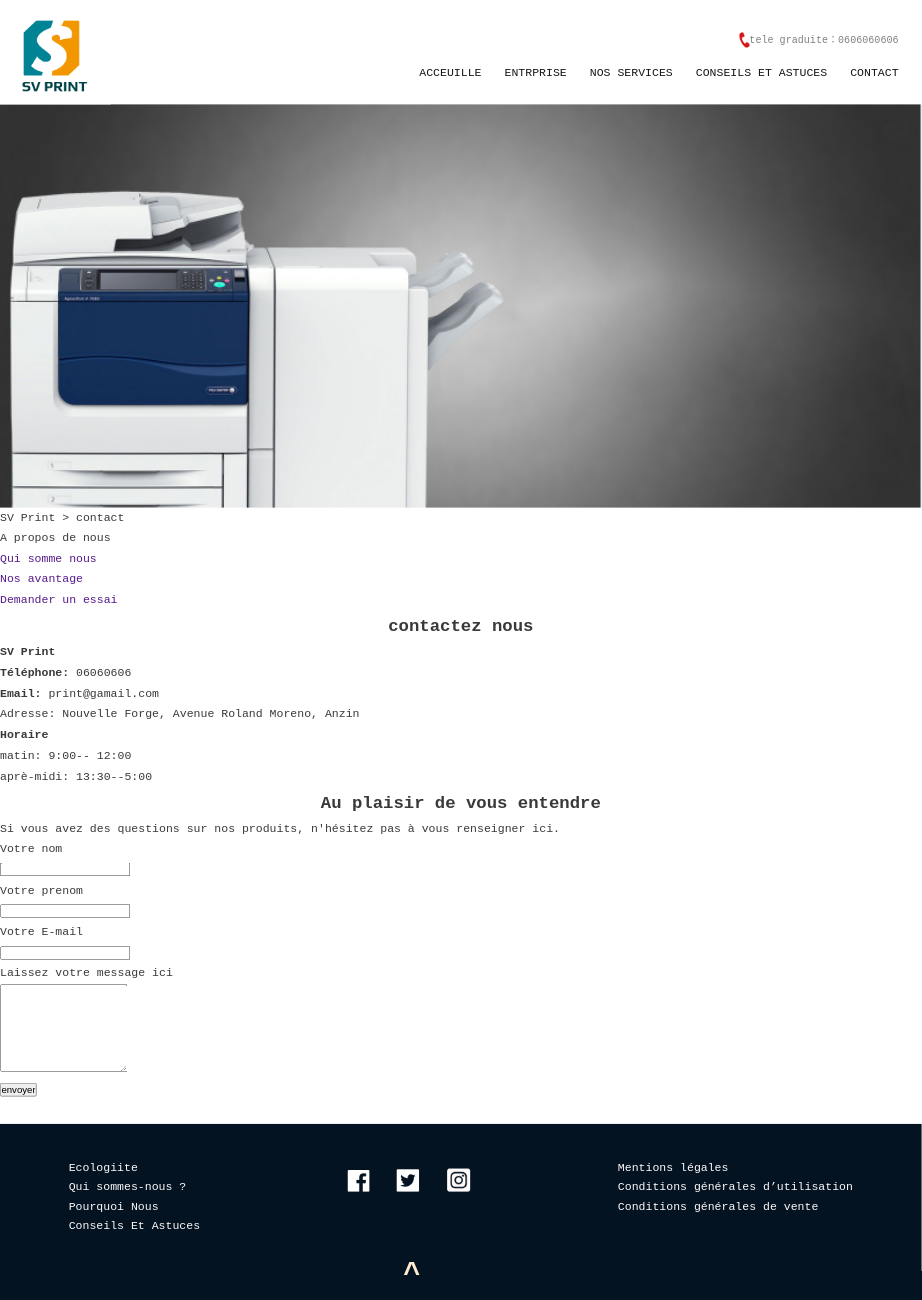
Repository: clairedupuich/sv_print
Page: index.html
An editor plug-in stored every save of this project. The page is shown before and after the next save, followed by the edit.
The browser window is 1280 px wide. The pictures show the whole page, at 72% of full size.

Above is the page before, as saved 2020-12-04 00:24:22.
Console error: TypeError: Cannot read properties of null (reading 'appendChild')

### index.html
<!doctype html>
<html>
<head>
  <meta charset="utf-8">
  <meta name="viewport"
        content="width=device-width, initial-scale=1, user-scalable=no">
<title>SV Print</title>

<link href="style.css" rel="stylesheet" type="text/css">
<script src="print.js" type="text/javascript"></script>
</head>
<body>
<header id="fh5co-header">




  <div class="logo_nav"id="logo_nav">
    <img src="img/logo4.png" alt="SV Print" class="logo" />
     <div class="nav_tele">
      <div class="tel">
        <img src="img/call.png" class="margin-small-right"
        alt="" />tele graduite：0606060606</div>
    <ul class="nav nav-menu nav-inline nav-split nav-right text-big">
      <li id="liHome" class="home"> <a href="">ACCEUILLE</a></li>
      <li id="liabout-us" class="dropdown"><a href="">ENTRPRISE</a></li>
      <li id="liproducts" class="dropdown"><a href="">NOS SERVICES</a></li>
      <li class="side_nav1" id="cat2"><a href="">CONSEILS ET ASTUCES</a></li>
      <li class="side_nav1" id="cat1"><a href="">CONTACT</a></li>
    </ul>
    </div>
  </div>
</header>



    <div id="view">
      <ul id="img_list">
        <li id="slider1" class="owl-item"><img src="img/img_slider_1.png" class="img_slider" alt=""></li>
        <ul class="boutton_change">
          <a href="#slider5"><li><b> < </b></li></a>
          <a href="#slider2"><li><b> > </b></li></a>
        </ul>
        <li id="slider2" class="owl-item"><img src="img/Group 4.png" alt="" class="img_slider"></li>
        <ul class="boutton_change">
          <a href="#slider1"><li><b> < </b></li></a>
          <a href="#slider3"><li><b> > </b></li></a>
        </ul>
        <li id="slider3" class="owl-item"><img src="img/img_slider_31.png" alt="" class="img_slider"></li>
        <ul class="boutton_change">
          <a href="#slider2"><li><b> < </b></li></a>
          <a href="#slider4"><li><b> > </b></li></a>
        </ul>
        <li id="slider4" class="owl-item"><img src="img/promo.png" alt="" class="img_slider"></li>
        <ul class="boutton_change">
          <a href="#slider3"><li><b> < </b></li></a>
          <a href="#slider4"><li><b> > </b></li></a>
        </ul>
      </ul>
    </div>

<div class="blankbig"></div>
<!-- 临时图片 -->
<div class="img_big">
  <!-- <h3>Notre philosophie</h3>
  <p>"Ne vous plaignez jamais du client à caractère difficile car il est la caust de vos progrès"<br><br>Auguste Detoeuf</p> -->
</div>



<main>
  <div class="red">
    <p>SV Print > contact</p>
  </div>
  <div class="container_cont">
    <div class="left">
      <div class="top">
        <p class="titre">A propos de nous</p>
        <div class="about_us">
        <p class="li_left"><a href="">Qui somme nous</a></p>
        <p class="li_left"><a href="">Nos avantage</a></p>
        <p class="li_left"><a href="">Demander un essai</a></p>
      </div>
      </div>
      <div class="bottom">
        <h3 class="titre">contactez nous</h3>
        <p class="adress">
         <b>SV Print </b> <br>
         <b>Téléphone:</b> 06060606
        <br><b>Email:</b> print@gamail.com
        <br>Adresse:</b> Nouvelle Forge, Avenue Roland Moreno, Anzin

        <br><b>Horaire</b>
        <br>matin: 9:00-- 12:00
        <br>aprè-midi: 13:30--5:00
        </p>
      </div>
    </div>

    <div class="right" id="cont">
      <div class="contact_head">
      <h3 class="padding">Au plaisir de vous entendre</h3>
      <p class="p_padding">Si vous avez des questions sur nos produits, n'hésitez pas à vous renseigner ici. </p>
     </div>
              <form action="formulaire.php" method="POST" class="contact-form ">

                      <div class="form-nom form">
                          <label for="f-nom" class="fln nom">Votre   nom</label>
                        <br>  <input type="text" name="f-nom" id="f-nom" class="name"
                              required>
                      </div>
                      <div class="form-prenom form">
                        <label for="f-prenom" class="fln prenom">Votre prenom</label>
                       <br> <input type="text" name="prenom" id="prenom" class="name"
                            required>
                    </div>

                      <div class="form-emil form">
                          <label for="f-email" class="fln email">Votre  E-mail</label>
                        <br>  <input type="email" name="f-email" id="f-email"
                              class="name email" required>
                      </div>


                  <div class="form-message form">
                      <label for="f-message" class="fml">Laissez votre message ici</label> <br>
                      <textarea name="f-message" id="f-message" rows="8" class="textarea"
                          required></textarea>
                  </div>
                  <div class="contact-submit">

                      <input type="submit" value="envoyer" class="submit">

                  </div>
              </form>

    </div>
  </div>
</main>



          <footer>
            <div class="textFooterC">
                <div class="texFooter">
                    <a href="" class="textFooterEle">Ecologiite</a>
                    <a href="" class="textFooterEle">Qui sommes-nous ? </a>
                    <a href="" class="textFooterEle">Pourquoi Nous</a>
                    <a href="" class="textFooterEle">Conseils Et Astuces</a>

                </div>
                <div class="texFooter1 icon_footer">
                  <img src="img/Vector 1.png" alt="" class="iconFooter">
                  <img src="img/Vector2.png" alt="" class="iconFooter">
                  <img src="img/Vector 3.png" alt="" class="iconFooter">
                </div>
                <div class="texFooter">
                    <a href="" class="textFooterEle">Mentions légales</a>
                    <a href="" class="textFooterEle">Conditions générales d’utilisation</a>
                    <a href="" class="textFooterEle">Conditions générales de vente</a>
                </div>
            </div>
            <a href="#logo_nav" class="return_top"> ^ </a>
        </footer>
				</body>
</html>

### style.css
/* 主要部分 style.css */
* {
    margin: 0;
    padding: 0;
    list-style: none;
    text-decoration: none;
}

body {
    font-family: 'Courier New', Courier, monospace;
    font-size: 16px;
    line-height: 1.8;
    color: #3a3939;
    background: #FFF;
    height: 100%;

}

a:hover {
    text-decoration: none;
}


h1,
h2,
h3,
h4 {
    text-align: center;
    font-size: 1.5em;
    font-weight: bolder;
}
.logo {
    width: 12%;
    min-width: 4em;
    height: 12%;
    min-width: 4em;
}
.nav_tele {
    margin-right: 2em;
}
.tel {
    display: block;
    margin-bottom: 1.5em;
    text-align: right;
    line-height: 20px;
    color: #808080;
    font-size: 14px
}

.tel img {
    vertical-align: middle;
}

.logo_nav {
    display: flex;
    flex-direction: row;
    flex-wrap: wrap;
    align-items: center;
    margin-top: 1em;
    justify-content: space-between;
}
.logo_nav ul {
    display: flex;
    flex-direction: row;
    flex-wrap: wrap;
    align-items: center;
    justify-content: space-around;
    list-style: none;

}
.logo_nav ul li {
    margin-left: 2em;
}
.logo_nav ul li a{

    text-decoration: none;
    color: rgb(24, 22, 22);
    text-align: center;
}
.logo_nav ul li:hover {
     background-color: rgb(78, 120, 135);
     background-clip: content-box;

}
/* nav 结束 */

/* slider */

.img_slider {
    width: 100%;
    height: 45em;
    position: absolute;
}
#view {
    position: relative;
    width: 100%;
    overflow: hidden;
}
#view:after {
    content: '.';
    display: block;
    clear: both;
    height: 0;
    visibility: hidden;
  }
  #img_list {
    position: absolute;
    width: 100%;
  }
  #img_list li {
    float: left;
     width: 100%;
    height:46em;
  }
.blankbig {
    clear: both;
}


.boutton_change {
    display: flex;
    flex-direction: row;
    justify-content: space-around;
    cursor: pointer;
    padding: 2em 46% 0;
  }
  .boutton_change a {
    color: #000000;
    text-decoration: none;
  }
  .boutton_change a li {
    list-style: none;
  }

.container {
    display: flex;
    flex-direction: row;
    flex-wrap: wrap;
    align-items: center;
    justify-content: center;
    margin: 3.5em auto;
    text-align: center;
}
/* image replace */
.img_big {
    background-image: url(img/img_slider_31.png);
    background-position: center;
    background-repeat: no-repeat;
    background-size: cover;
    height: 19em;
    padding: 12em 2em 4em 30em;
    color: ivory;
}
.img_big p {
    padding-left: 17em;
    margin-top: 3em;
}
/* list de produit */
.line {
    margin: 6em auto;
}
.container {
    position: relative;
}
.line-big {
    display: flex;
    flex-wrap: wrap;
    flex-direction: row;
    justify-content: space-between;
}
.text-center {
    margin-left: 3.5em;
}
.product_discription1 {
    width: 29%;
    height: 14em;
    position: absolute;
    background-color: rgb(138, 49, 49);
    display: none;
   top: 16.5em;
   right: 42em;
   color: ivory;
   padding-top: 5em;
}

.product_discription2 {
    width: 29%;
    height: 14em;
    position: absolute;
    background-color: rgb(138, 49, 49);
    display: none;
   top: 16.5em;
   right: 13em;
   color: ivory;
   padding-top: 5em;

}

.produit_list2 {
    margin-left: 8em;
}
.sortir:hover .product_discription {
    display: block;
}
.produit_list {
    height: 20em;
}
/* 优势 */
.avantages {
    text-align: center;
    margin: 12em 3em;
}
.avantages_contente {
    display: flex;
    flex-direction: row;
    flex-wrap: wrap;
    align-items: center;
    justify-content: space-between;
    margin-bottom: 4em;
}
.text_left,
.text_right {
    width: 30%;
    min-width: 20em;
    text-align: center;
    margin: 0 1em;
}
.text1,
.text3 {
    margin-bottom: 2em;
}

/* 客户案例 */
.padding-top {
    text-align: center;
    width: 100%;
    margin: 3em auto;
}
.logo_client {
    margin: 2.5em;
    width: 19%;
}
.client_logo {
    margin-left: 12em;
    margin-bottom: 9em;
}
/* 应用领域 */
.text-domaines {
    text-align: center;
    width: 100%;
    margin: 3em auto;

}
.text-domaines img {
    width: 100%;
    margin-top: 4em;
}
.Couverture {
    text-align: center;
    width: 100%;
}

/* footer commence */
footer {

    color: snow;
    margin-top: 2em;
    width: 100%;
    background-color: #031322;
    margin-bottom: 0;
}
.textFooterC {
    display: flex;
    flex-direction: row;
    flex-wrap: wrap;
    justify-content: space-around;
    padding-top: 3em;
    padding-bottom: 1em;
}
.texFooter {
    display: flex;
    flex-direction: column;
    line-height: 1.7em;

}

.textFooterEle {
    text-decoration: none;
    list-style: none;
    color: snow;
}
.iconsFooter {
    background-color: #0F4C81;
    text-align: center;
}
.iconFooter{
   padding: 0.9em;
}
.return_top {
    font-size: 2.5em;
    font-weight: bold;
    color: blanchedalmond;
    text-align: center;
    margin-left: 14em;
}

### print.js
/* for the slider */
var img_list = document.getElementById('img_list');
setInterval(function () {
    img_list.appendChild(img_list.firstChild);
}, 2500)

After the next save:
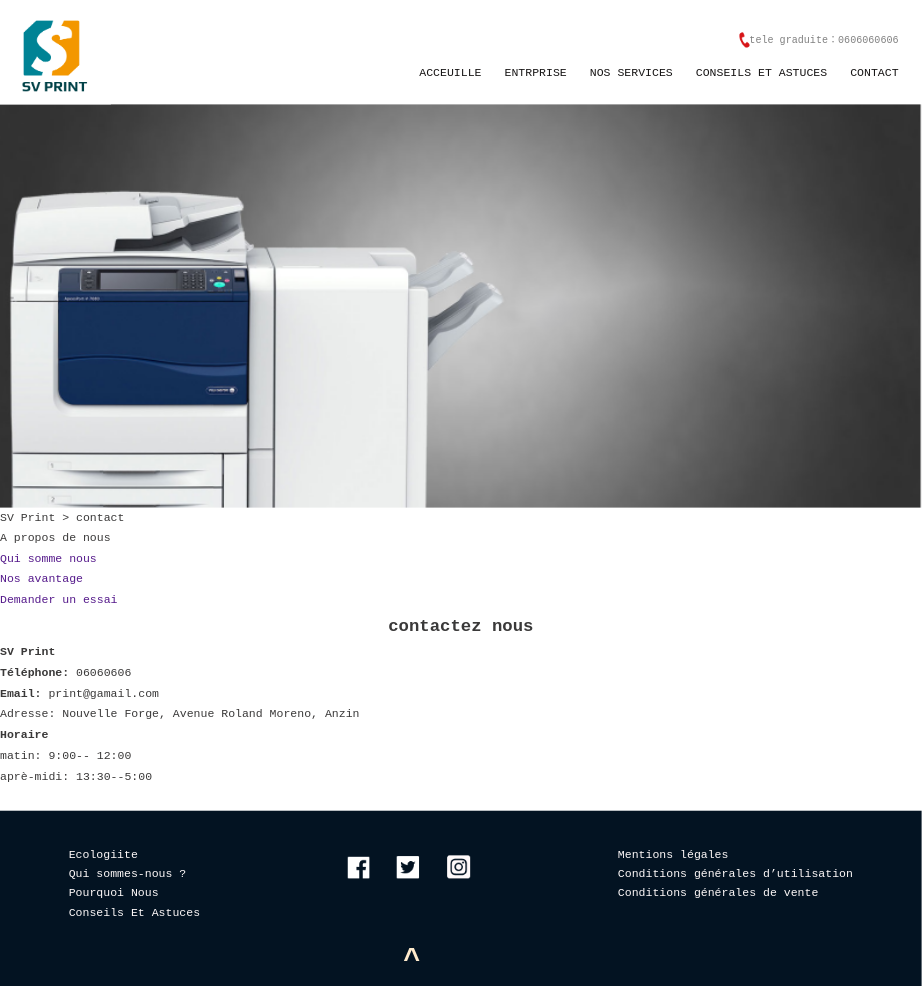
Saved 12 s later.
--- a/index.html
+++ b/index.html
@@ -98,43 +98,7 @@
     </div>
 
     <div class="right" id="cont">
-      <div class="contact_head">
-      <h3 class="padding">Au plaisir de vous entendre</h3>
-      <p class="p_padding">Si vous avez des questions sur nos produits, n'hésitez pas à vous renseigner ici. </p>
-     </div>
-              <form action="formulaire.php" method="POST" class="contact-form ">
 
-                      <div class="form-nom form">
-                          <label for="f-nom" class="fln nom">Votre   nom</label>
-                        <br>  <input type="text" name="f-nom" id="f-nom" class="name"
-                              required>
-                      </div>
-                      <div class="form-prenom form">
-                        <label for="f-prenom" class="fln prenom">Votre prenom</label>
-                       <br> <input type="text" name="prenom" id="prenom" class="name"
-                            required>
-                    </div>
-
-                      <div class="form-emil form">
-                          <label for="f-email" class="fln email">Votre  E-mail</label>
-                        <br>  <input type="email" name="f-email" id="f-email"
-                              class="name email" required>
-                      </div>
-
-
-                  <div class="form-message form">
-                      <label for="f-message" class="fml">Laissez votre message ici</label> <br>
-                      <textarea name="f-message" id="f-message" rows="8" class="textarea"
-                          required></textarea>
-                  </div>
-                  <div class="contact-submit">
-
-                      <input type="submit" value="envoyer" class="submit">
-
-                  </div>
-              </form>
-
-    </div>
   </div>
 </main>
 
